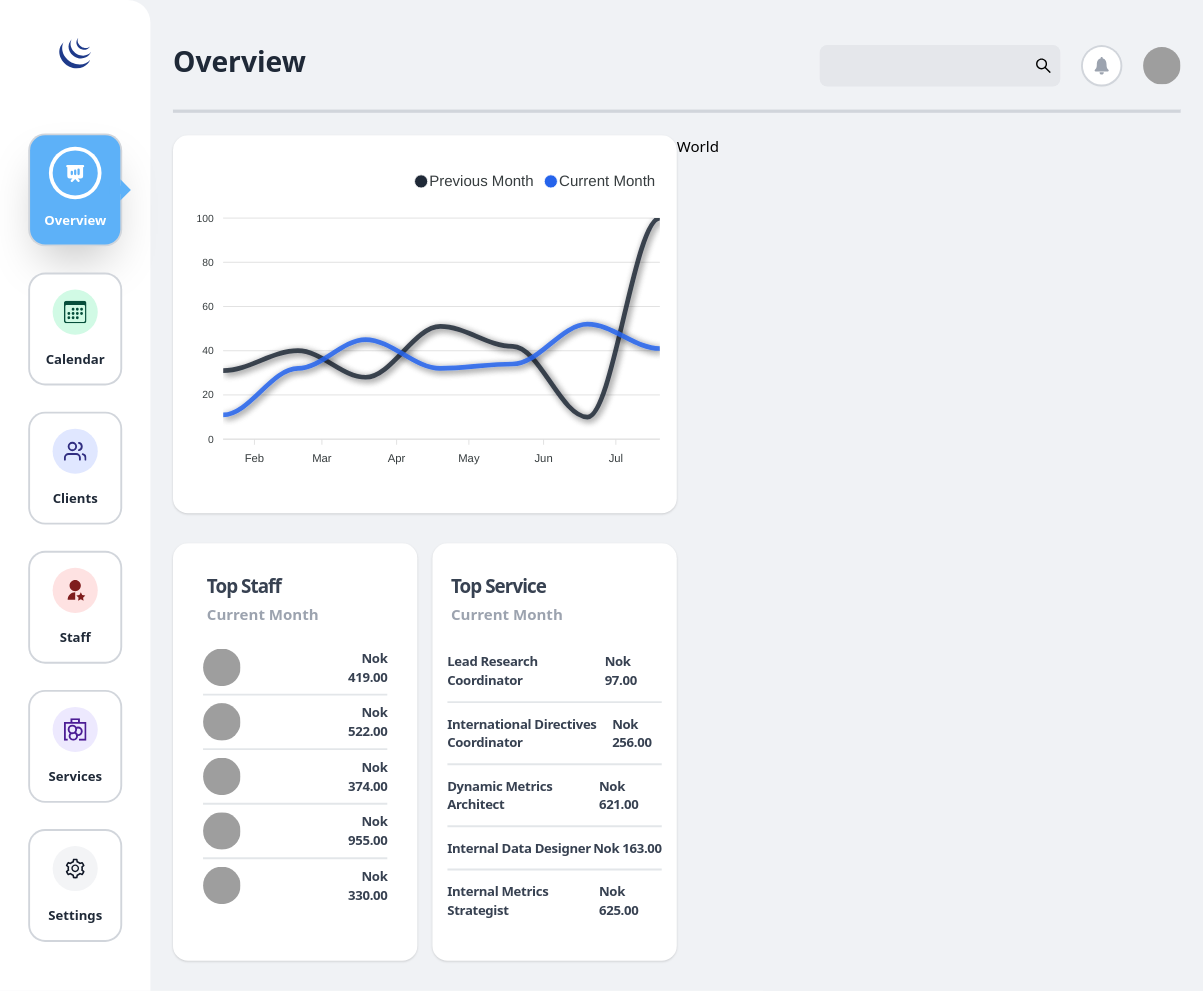
Repository: coolronts/dashboard
Page: /
An editor plug-in stored every save of this project. The page is shown before and after the next save, followed by the edit.
The browser window is 1280 px wide. The pictures show the whole page, at 94% of full size.
Pictures or frames that could not be fetched are drawn as grey boxes. The project was rebuilt for these pictures with package versions that can differ from the ones it lists, and the page was loaded fresh each time. Also part of the build but not shown: craco.config.js.

Above is the page before, as saved 2021-11-28 05:02:04.

### src/index.tsx
import './index.css';

import App from './App';
import React from 'react';
import ReactDOM from 'react-dom';

ReactDOM.render(
  <React.StrictMode>
    <App />
  </React.StrictMode>,
  document.getElementById('root')
);

### src/App.tsx
import './App.css';

import Home from './Pages/Home'

function App() {
  return (
    <div className="App">
      <Home/>
    </div>
  );
}

export default App;

### src/App.css
* {
    margin: 0;
    padding: 0;
}

.App {
    background-color: #F0F2F5;
}

### src/Pages/Home/index.tsx
import AppointmentActivity from '../../Units/AppointmentActivity'
import LeftDrawer from '../../Units/LeftDrawer'
import SectionHeader from '../../Units/SectionHeader'
import SplitScreen from '../../Components/SplitScreen'
import TopService from '../../Units/TopService'
import TopStaff from '../../Units/TopStaff'

const Home: React.FC = () => {
  const styles = {
    leftDrawer: 'bg-white px-8 rounded-tr-3xl py-8',
  }
  return (
    <div className="flex">
      <div className={styles.leftDrawer}>
        <LeftDrawer/>
      </div>
      <div className="flex-1 mx-6 mt-12">
        <SectionHeader />
        <hr className="bg-gray-300 h-1 my-6" />
        <SplitScreen leftWeight="w-1/2" rightWeight="w-1/2" >
          <div>
            <AppointmentActivity />
            <div className="w-full flex justify-between my-8">
              <TopStaff />
              <div className="w-4"/>
              <TopService />
            </div>
          </div>
          <div>World</div>
        </SplitScreen>
      </div>
    </div>
  )
}

export default Home

### src/Units/AppointmentActivity/index.tsx
import Card from '../../Components/Card'
import MultiLine from '../../Components/Charts/MultiLine'

const AppointmentActivity: React.FC = () => {
  return (
    <div>
      <Card
        Element={
          <MultiLine />
        }
      />

    </div>
  )
}

export default AppointmentActivity

### src/Units/LeftDrawer/index.tsx
import { Calendar, Clients, Overview, Services, Settings, Staff } from '../../Components/Icons'

import {CompanyLogo} from '../../Components/Icons'
import Logo from '../../Components/Logo'

const LeftDrawer: React.FC = () => {
  const styles = {
    CompanyLogo: "text-5xl text-blue-900 w-full mb-12",
    menu: "flex flex-col justify-between bg-blue.primary"
  }
  const icons = [
    { Icon: <Overview />, name: 'overview', color: 'blue', active: true },
    { Icon: <Calendar />, name: 'calendar', color: 'green', active: false },
    { Icon: <Clients />, name: 'clients', color: 'indigo', active: false  },
    { Icon: <Staff />, name: 'staff', color: 'red', active: false  },
    { Icon: <Services />, name: 'services', color: 'purple', active: false  },
    { Icon: <Settings />, name: 'settings', color: 'gray', active: false  },
  ]

  return (
    <div className="m-auto">
      <CompanyLogo className={styles.CompanyLogo}/>
      <div className={styles.menu}>
        {icons.map((icon, index) =>  <Logo Icon={icon.Icon} name={icon.name} color={icon.color} key={index} active={icon.active} />)}
      </div>
    </div>
  )

}

export default LeftDrawer

### src/Units/SectionHeader/index.tsx
import Avatar from '../../Components/Avatar'
import {Notification} from '../../Components/Buttons'
import {Notifications} from '../../Components/Icons'
import TextBox from '../../Components/TextBox'

const SectionHeader: React.FC = () => {
  const styles = {
    heading: "text-3xl text-gray-800 font-bold",
    body: "flex justify-between",
    leftComponent: "flex items-center justify-around"
  }
  return (
    <div className={styles.body}>
      <h1 className={styles.heading}>Overview</h1>
      <div className={styles.leftComponent}>
        <TextBox />
        <Notification Icon={<Notifications />} />
        <Avatar />
      </div>
    </div>
  )
}

export default SectionHeader

### src/Components/SplitScreen/index.tsx
import tw from "tailwind-styled-components"

interface SplitScreenProps {
  children: React.ReactNode[];
  containerWeight?: string;
  leftWeight?: string;
  rightWeight?: string;
}
const SplitScreen: React.FC<SplitScreenProps> = ({
	children,
	containerWeight = 'flex w-full',
  leftWeight = 'w-1/2',
	rightWeight = 'w-full',
}) => {
  const Container = tw.div``;
  const Pane = tw.div``;

	const [left, right] = children;
	return (
		<Container className={containerWeight}>
			<Pane className={leftWeight}>
				{left}
			</Pane>
			<Pane className={rightWeight}>
				{right}
			</Pane>
		</Container>
	);
}

export default SplitScreen

### src/Units/TopService/index.tsx
import { useEffect, useState } from 'react'

import Card from '../../Components/Card'
import createRandomData from '../../api/TopService'

interface dataProps {
  position: string,
  price: number
}
const TopService: React.FC = () => {
  const [data, setData] = useState<dataProps[]>([])
  const styles = {
    table: `bg-white w-full divide-solid divide-y-2 divide-opacity-60 divide-gray-300 text-gray-700`,
    row: `flex py-3 text-sm items-center font-semibold font-sans tracking-tight py-2 justify-between`
  }

  if (data.length === 0) {
    createRandomData(5)
      .then(response => setData(response))
  }
  useEffect(() => { }, [data])

  return (
    <Card size="sm" Element={
      <div className="px-2">
        <div className="px-1 mb-4 font-semibold font-sans capitalize">
          <p className="tracking-tighter text-xl text-gray-700">Top Service</p>
          <p className="text-md text-gray-400 pt-1">Current month</p>
        </div>
        <div className={styles.table}>
          {data.map((item, i) => (
            <div className={styles.row} key={i}>
                <p>{item.position}</p>
                <p>Nok {item.price}</p>
            </div>
          ))}
        </div>
      </div>
    }/>
  )
}

export default TopService

### src/Units/TopStaff/index.tsx
import Avatar from '../../Components/Avatar'
import Card from '../../Components/Card'
import createRandomData from '../../api/TopStaff'
import {useState} from 'react'

interface dataProps {
  avatar: string,
  name: string,
  price: number
}
const TopStaff: React.FC = () => {
  const [data, setData] = useState<dataProps[]>([])
  if (data.length === 0) {
    createRandomData(5)
    .then(response => setData(response))
  }

  const styles = {
    table: `bg-white w-full divide-solid divide-y-2 divide-opacity-60 divide-gray-300 text-gray-700`,
    row: `flex text-sm items-center font-semibold font-sans tracking-tight py-2`
  }
  return (
    <Card size="sm" Element={
      <div className="px-6">
        <div className="px-1 mb-4 font-semibold font-sans capitalize">
          <p className="tracking-tighter text-xl text-gray-700">Top Staff</p>
          <p className="text-md text-gray-400 pt-1">Current month</p>
        </div>
        <div className={styles.table}>
          {data.map((item, i) => (
            <div className={styles.row} key={i}>
              <div className="w-2/3 flex items-center">
                <Avatar img={item.avatar}/>
                <p className="ml-2">{item.name}</p>
              </div>
              <div className="w-1/3 text-right">
                <p className="">Nok {item.price}</p>
              </div>
            </div>
          ))}
        </div>
      </div>
    } />
  )
}

export default TopStaff

### src/Components/Card/index.tsx
import { ReactNode } from "react"

interface CardProps {
  size?: string;
  Element: ReactNode
}

const Card: React.FC<CardProps> = ({ size, Element}) => {
  const styles = {
    body: `bg-white px-2 py-8 rounded-2xl shadow ${size==='sm' ? 'w-3/6': 'w-full'}` ,
  }
  return (
    <div className={styles.body}>
      {Element}
    </div>
  )
}

export default Card

### src/Components/Charts/MultiLine/index.jsx
import ReactApexChart from "react-apexcharts";

const series = [
  {
    name: 'Previous Month',
    data: [31, 40, 28, 51, 42, 10, 100]
  }, {
    name: 'Current Month',
    data: [11, 32, 45, 32, 34, 52, 41]
  }
]


const options = {
    colors: ['#1F2937', '#2563EB'],
    chart: {
      height: 350,
      type: 'line',
      zoom: {
        enabled: false
      },
      toolbar: {
        show: false
      },
      dropShadow: {
        enabled: true,
      }
     },
     legend: {
       position: 'top',
        horizontalAlign: 'right',
       fontSize: '16px',
       offset: 0
     },
    dataLabels: {
      enabled: false
    },
    stroke: {
      curve: 'smooth'
    },
    xaxis: {
      type: 'datetime',
      labels: {
        format: 'MMM',
      },
      categories: ["2018-01-19T00:00:00.000Z", "2018-02-19T01:30:00.000Z", "2018-03-19T02:30:00.000Z", "2018-04-19T03:30:00.000Z", "2018-05-19T04:30:00.000Z", "2018-06-19T05:30:00.000Z", "2018-07-19T06:30:00.000Z"]
    },
    tooltip: {
      x: {
        format: 'MMM'
      },
    },
  }

const MultiLine = () => {
  return (
    <div id="chart">
      <ReactApexChart options={options} series={series} />
    </div>

  )
}

export default MultiLine

### src/Components/Icons/index.tsx
import {AiOutlineSearch} from 'react-icons/ai'
import {AiOutlineSetting} from 'react-icons/ai'
import {BsCalendar3} from 'react-icons/bs'
import {DiJqueryLogo} from 'react-icons/di'
import {FiUsers} from 'react-icons/fi'
import {GrBusinessService} from 'react-icons/gr'
import { HiPresentationChartBar } from 'react-icons/hi'
import {ImArrowRight} from 'react-icons/im'
import {IoIosNotifications} from 'react-icons/io'
import { RiUserStarFill } from 'react-icons/ri'

export {
  HiPresentationChartBar as Overview,
  BsCalendar3 as Calendar,
  FiUsers as Clients,
  RiUserStarFill as Staff,
  GrBusinessService as Services,
  AiOutlineSetting as Settings,
  ImArrowRight as ArrowRight,
  DiJqueryLogo as CompanyLogo,
  AiOutlineSearch as Search,
  IoIosNotifications as Notifications
}

### src/Components/Logo/index.tsx
import {ArrowRight} from '../Icons'
import React from 'react';

interface IconProps {
  Icon: React.ReactNode;
  name: string,
  color: string,
  active?: boolean
}


const Logo: React.FC<IconProps> = ({ Icon, name, color, active=false }) => {

  const styles = {
    body:`relative group my-4 text-2xl px-12 py-4 bg-white ring-2 ring-gray-300 w-20 rounded-2xl flex flex-col items-center justify-around hover:bg-blue-primary hover:shadow-2xl cursor-pointer ${active ? 'bg-blue-primary shadow-2xl' :'bg-white'}`,
    name: `${active ? 'text-white': 'text-gray-800'} group-hover:text-white capitalize text-sm font-semibold mt-4`,
    icon: `${active ? 'bg-blue-primary text-white': `bg-${color}-100 text-${color}-900`} rounded-full p-3 group-hover:bg-blue-primary group-hover:text-white ring-4 ring-white`,
    arrowRight: `${active?'text-blue-primary': 'text-transparent'} absolute -right-3 text-transparent`
  }
  return (
    <div className={styles.body}>
      <div className={styles.icon}> {Icon} </div>
      <p className={styles.name}> {name} </p>
      <ArrowRight className={styles.arrowRight}/>
    </div>
  )
}

export default Logo

### src/Components/Avatar/index.tsx
interface AvatarProps {
  img?: string;
  radius?: number;
}
const imgLink="https://images.unsplash.com/photo-1472099645785-5658abf4ff4e?ixlib=rb-1.2.1&ixid=eyJhcHBfaWQiOjEyMDd9&auto=format&fit=facearea&facepad=2&w=256&h=256&q=80"

const Avatar: React.FC<AvatarProps> = ({ img = imgLink, radius = 10 }) => {
  console.log(img)
  const styles = {
    avatar:`inline-block h-${radius} w-${radius} rounded-full cursor-pointer`
  }
  return (
    <div>
      <img
        className={styles.avatar}
        src={img}
        alt=""
      />
    </div>
  )
}

export default Avatar

### src/Components/Buttons/index.tsx
interface NotificationProps{
  Icon: React.ReactNode;
}

export const Notification: React.FC<NotificationProps> = ({ Icon }) => {
  const styles = {
    icon: "ring-2 ring-gray-300 text-2xl font-bold p-2 bg-white rounded-full mx-6 shadow text-gray-400 cursor-pointer hover:shadow-2xl"
  }
  return (
    <>
      <div className={styles.icon}>{Icon}</div>
    </>
  )
}

### src/Components/TextBox/index.tsx
import {Search} from '../Icons'

const TextBox: React.FC = () => {
  const styles = {
    body: "relative",
    textBox: "bg-gray-200 w-64 rounded-lg py-3 px-4 font-semibold text-sm focus:ring-2 ring-gray-600 outline-none",
    searchIcon: "absolute right-2 top-3 text-xl"
  }

  return (
    <div className={styles.body}>
      <input className={styles.textBox} type="text" />
      <Search className={styles.searchIcon}/>

    </div>
  )
}

export default TextBox

### src/api/TopService.ts
var faker = require('faker')

const createRandomData = async (n: number) => {
  let data = []
  for (let i = 0; i < n; i++) {
    await data.push({
      position: faker.name.jobTitle(),
      price: faker.commerce.price()
    })
  }
  console.log(data)
  return data
}

export default createRandomData

### src/api/TopStaff.ts
var faker = require('faker')

const createRandomData = async (n: number) => {
  let data = []
  for (let i = 0; i < n; i++) {
    await data.push({
      position: faker.name.jobTitle(),
      price: faker.commerce.price()
    })
  }
  return data
}

export default createRandomData

### tailwind.config.js
module.exports = {
    purge: ["./src/**/*.{js,jsx,ts,tsx}", "./public/index.html"],
    darkMode: false, // or 'media' or 'class'
    theme: {
        extend: {
            colors: {
                blue: {
                    primary: "#5DB1F8",
                    secondary: "#38A3FF",
                    tertiary: "#1D90F3",
                },
            },
        },
    },
    variants: {
        extend: {},
    },
    plugins: [],
};

Loaded but not shown: public/index.html (common file); src/index.css (common file)

After the next save:
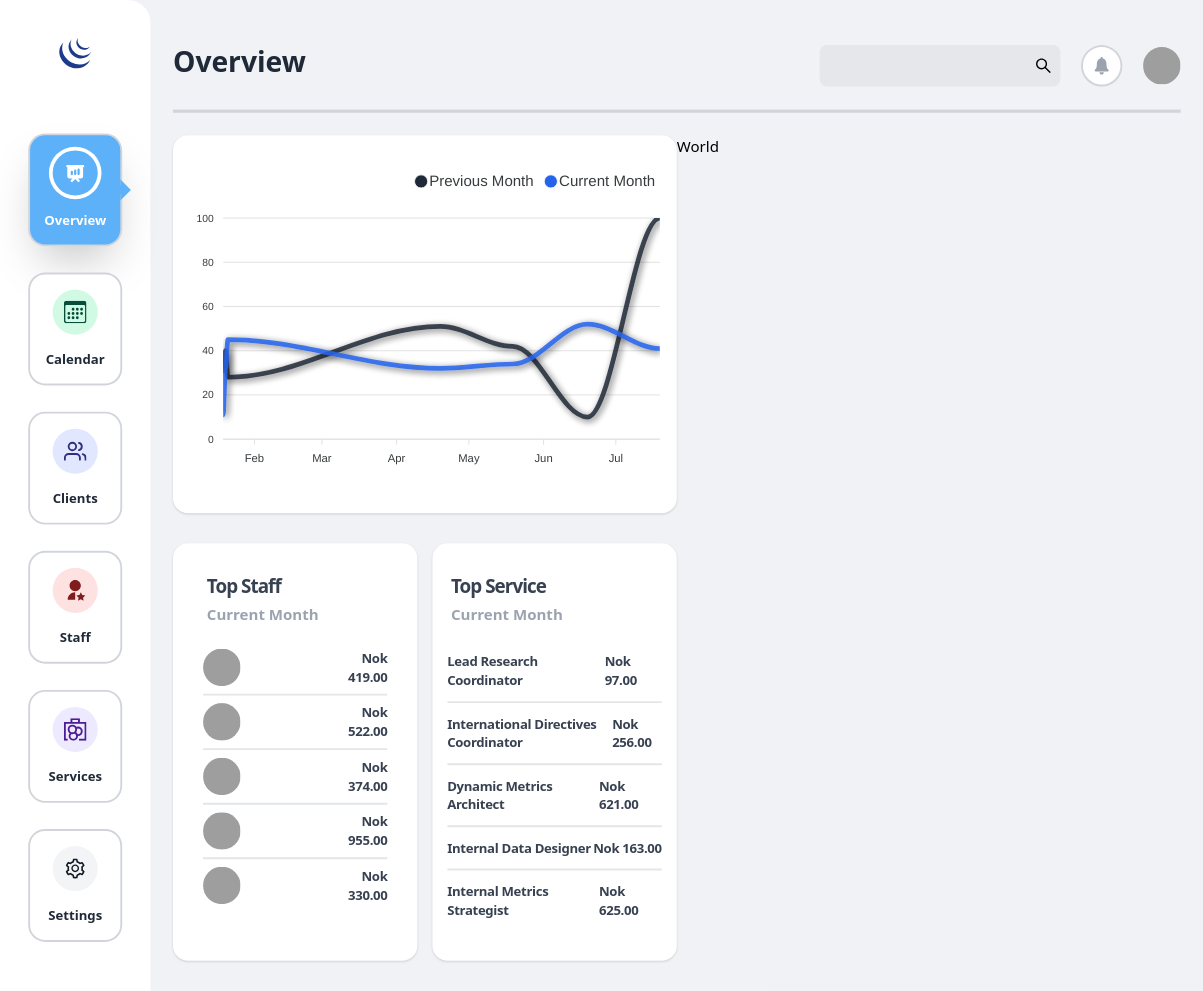
Saved 59 s later.
--- a/src/Components/Charts/MultiLine/index.jsx
+++ b/src/Components/Charts/MultiLine/index.jsx
@@ -43,7 +43,7 @@ const options = {
       labels: {
         format: 'MMM',
       },
-      categories: ["2018-01-19T00:00:00.000Z", "2018-02-19T01:30:00.000Z", "2018-03-19T02:30:00.000Z", "2018-04-19T03:30:00.000Z", "2018-05-19T04:30:00.000Z", "2018-06-19T05:30:00.000Z", "2018-07-19T06:30:00.000Z"]
+      categories: ["2018-01-19", "2018-01-20", "2018-01-21", "2018-04-19T03:30:00.000Z", "2018-05-19T04:30:00.000Z", "2018-06-19T05:30:00.000Z", "2018-07-19T06:30:00.000Z"]
     },
     tooltip: {
       x: {
